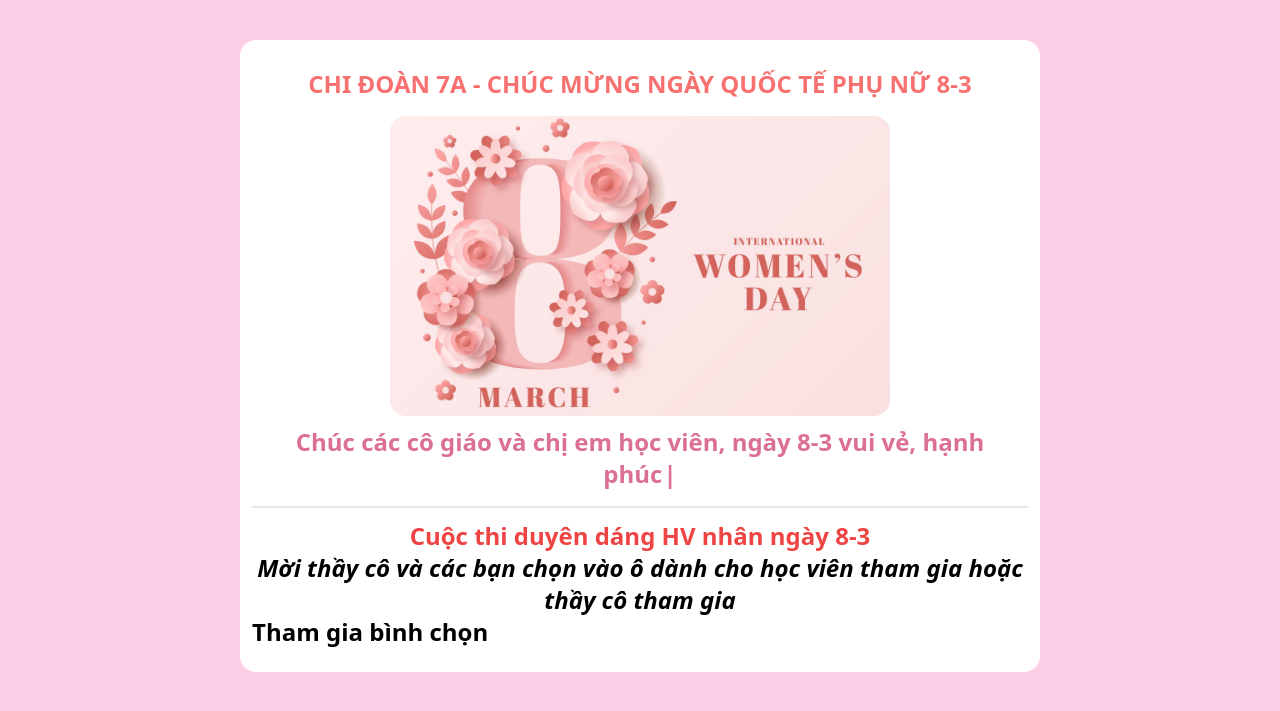
Repository: hoang0508/web-837A
Page: /
The author's editor kept a copy of each file at every save. The page is drawn from the files as they stood at one save, then again after the next save.
The browser window is 1280 px wide. The pictures show the whole page.
Some web fonts or font styles are not loaded; a fallback is used. The project was rebuilt for these pictures with package versions that can differ from the ones it lists, and the page was loaded fresh each time. Also part of the build but not shown: vite.config.js.

Above is the page before, as saved 2025-02-28 19:23:21.

After the next save:
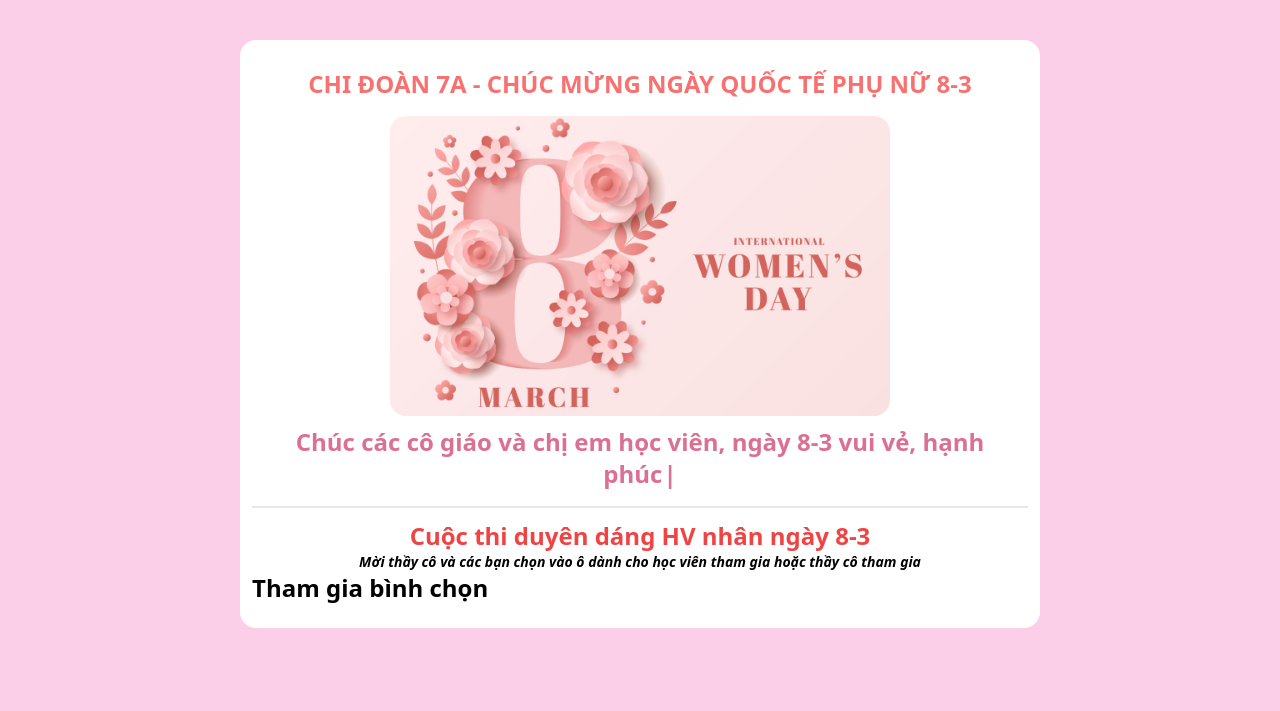
Saved 10 s later.
--- a/src/App.jsx
+++ b/src/App.jsx
@@ -38,7 +38,7 @@ function App() {
             <h3 className="text-center font-bold text-red-500">
               Cuộc thi duyên dáng HV nhân ngày 8-3
             </h3>
-            <p className="text-center italic">
+            <p className="text-center italic text-sm">
               Mời thầy cô và các bạn chọn vào ô dành cho học viên tham gia hoặc
               thầy cô tham gia
             </p>
